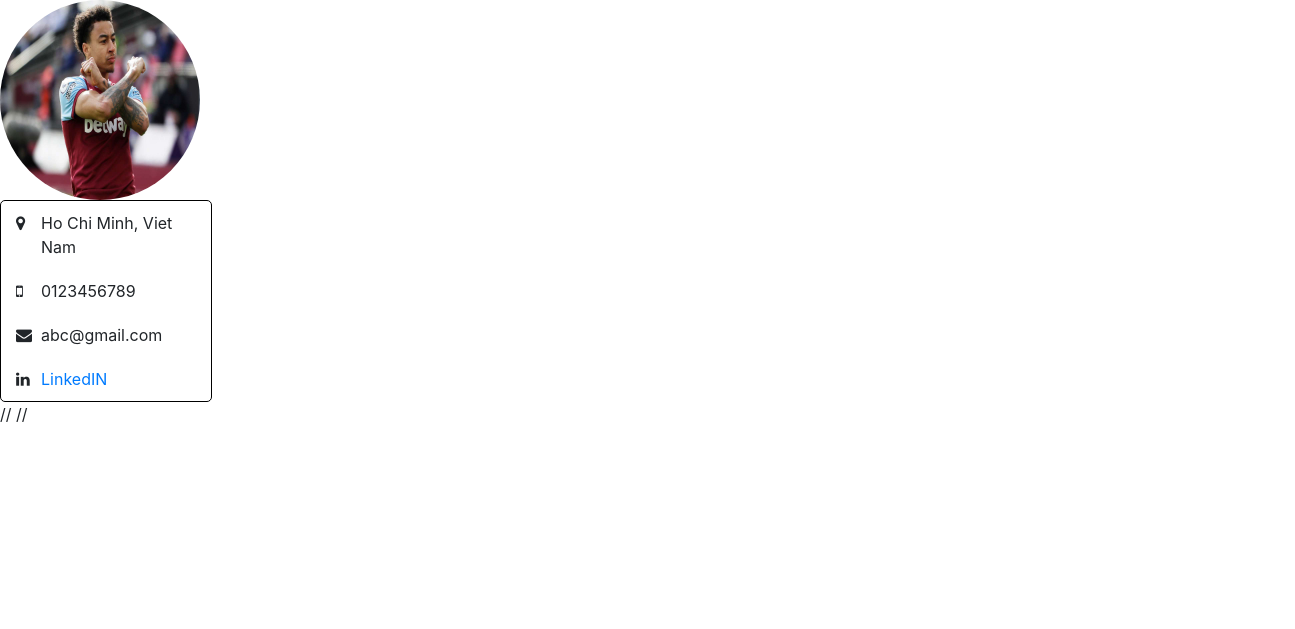
Repository: khoibanh113/mycv
Page: /
These files come from the project's save history. The page is drawn as it stood at one moment and after the next save; the edit follows.
The browser window is 1280 px wide. The page is 1280 px wide, then 1295 px, so the pictures cover 1295 px, including what lies to the right of the window. The pictures show the whole page.
The project was rebuilt for these pictures with package versions that can differ from the ones it lists, and the page was loaded fresh each time. Also part of the build but not shown: src/component/study.js, src/css/experience.css.

Above is the page before, as saved 2021-03-31 14:52:56.

After the next save:
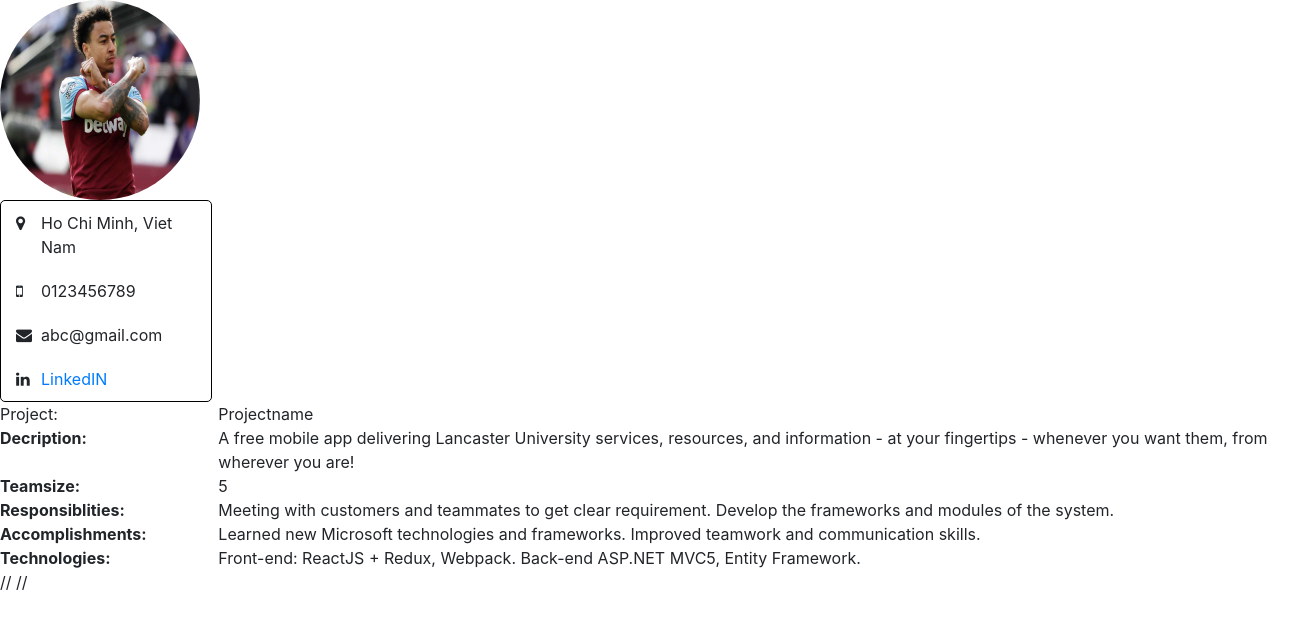
Saved 9 s later.
--- a/src/component/experience.js
+++ b/src/component/experience.js
@@ -50,7 +50,7 @@
 
 
 
-                {/* <div className="row row-experience">
+                <div className="row row-experience">
                     <div className="col-2">Project:</div>
                     <div className="col">Projectname</div>
                     <div className="detail-content">
@@ -85,7 +85,7 @@
                         <b className="col-2 col-item">Technologies:</b>
                         <span className="col">Front-end: ReactJS + Redux, Webpack. Back-end ASP.NET MVC5, Entity Framework.</span>
                     </div>
-                </div> */}
+                </div>
 
 
             //     {/* <li className='row row-experience'>
